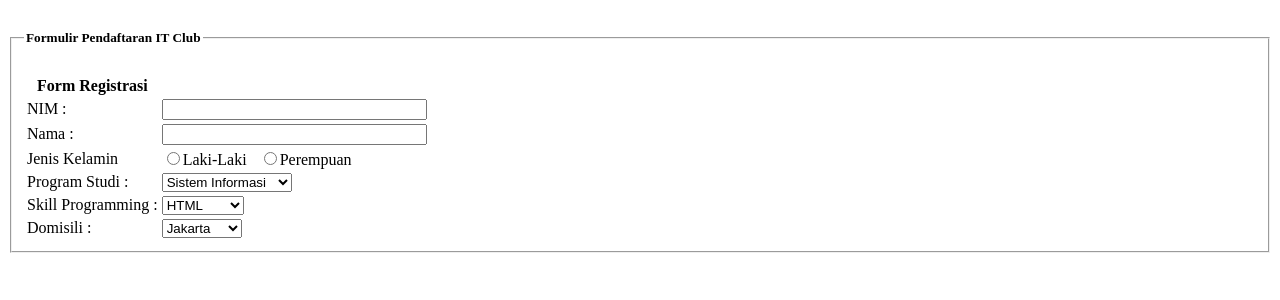
Repository: AHSANS354/Tugas-MSIB-5-GitHub
Page: http://localhost/function5.php
The author's editor kept a copy of each file at every save. The page is drawn from the files as they stood at one save, then again after the next save.
The browser window is 1280 px wide. The pictures show the whole page.
The page is run by PHP 8.4 with error messages shown; the project is at /var/www/html/.

Above is the page before, as saved 2023-09-27 10:39:36.

### function5.php
<?php

$ar_prodi = ['SI'=>'Sistem Informasi', 'TI'=>'Teknik Informatika','TE'=>'Teknik Elektro'];
$ar_skill = ['HTML'=>10,'CSS'=>10,'Javascript'=>20,'PHP'=>30,'RWD'=>20,'Laravel'=>40,'MySQL'=>40];
$ar_domisili = ['Jakarta', 'Bandung','Surabaya','Malang','Bali','Surakarta','Lainnya'];

?>
<fieldset>
    <legend><h5 class="text-center">Formulir Pendaftaran IT Club</h5></legend>
    <table>
        <thead>
            <tr>
                <th>Form Registrasi</th>
            </tr>
        </thead>
        <tbody>
            <form action="" method="post">
                <tr>
                    <td>NIM : </td>
                    <td>
                        <input type="text" size="30">
                    </td>
                </tr>
                <tr>
                    <td>Nama : </td>
                    <td>
                        <input type="text" size="30">
                    </td>
                </tr>
                <tr>
                    <td>Jenis Kelamin</td>
                    <td>
                        <input type="radio" name="" id="" value="laki-laki">Laki-Laki &nbsp;
                        <input type="radio" name="" id="" value="perempuan">Perempuan
                    </td>
                </tr>
                <tr>
                    <td>Program Studi : </td>
                    <td>
                        <select name="" id="">
                        <?php foreach ($ar_prodi as $prodi => $v) {
                            ?>
                            <option value="<?= $prodi ?>"><?= $v ?></option>
                        <?php } ?>
                        </select>
                    </td>
                </tr>
                <tr>
                    <td>Skill Programming : </td>
                    <td>
                        <select name="" id="">
                            <?php foreach($ar_skill as $skill => $x){
                                ?>
                                <option value="<?= $x ?>"><?= $skill ?></option>
                            <?php } ?>
                        </select>
                    </td>
                </tr>
                <tr>
                    <td>Domisili : </td>
                    <td>
                        <select name="" id="">
                            <?php foreach($ar_domisili as $domisili){
                                ?>
                                <option value="<?= $domisili ?>"><?= $domisili ?></option>
                            <?php } ?>
                        </select>
                    </td>
                </tr>
            </form>
        </tbody>
    </table>
</fieldset>

After the next save:
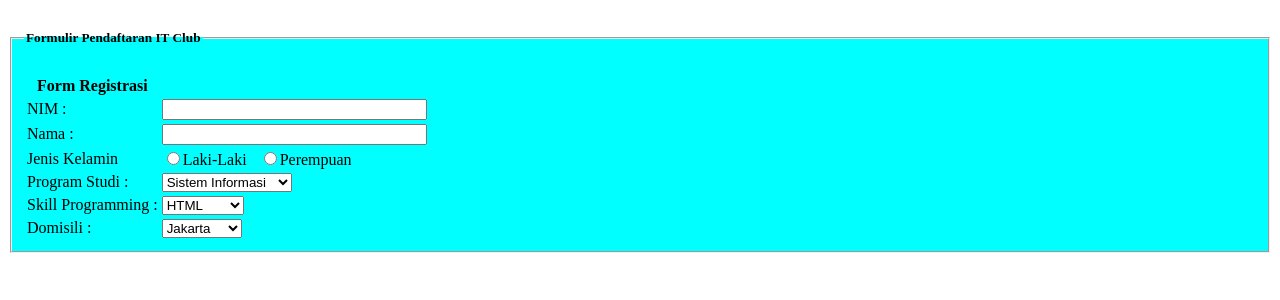
Saved 85 s later.
--- a/function5.php
+++ b/function5.php
@@ -5,7 +5,7 @@ $ar_skill = ['HTML'=>10,'CSS'=>10,'Javascript'=>20,'PHP'=>30,'RWD'=>20,'Laravel'
 $ar_domisili = ['Jakarta', 'Bandung','Surabaya','Malang','Bali','Surakarta','Lainnya'];
 
 ?>
-<fieldset>
+<fieldset style="background-color: cyan;">
     <legend><h5 class="text-center">Formulir Pendaftaran IT Club</h5></legend>
     <table>
         <thead>
